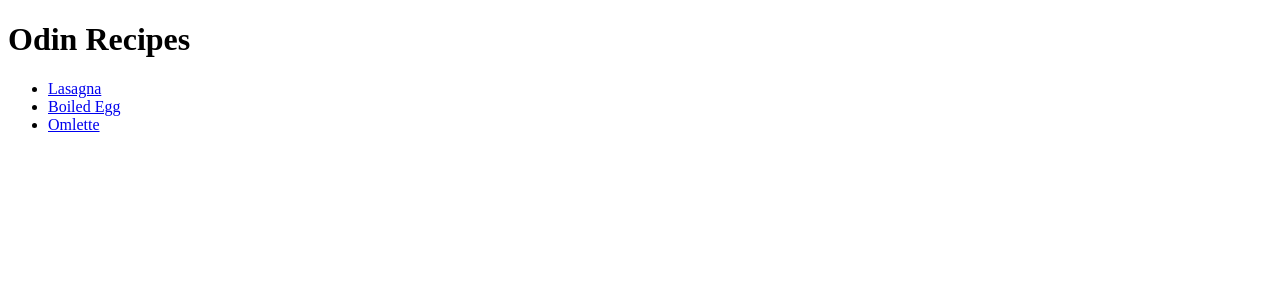
Repository: Pafestivo/odin-recipes
Page: index.html
An editor plug-in stored every save of this project. The page is shown before and after the next save, followed by the edit.
The browser window is 1280 px wide. The pictures show the whole page.

Above is the page before, as saved 2022-09-24 12:15:13.

After the next save:
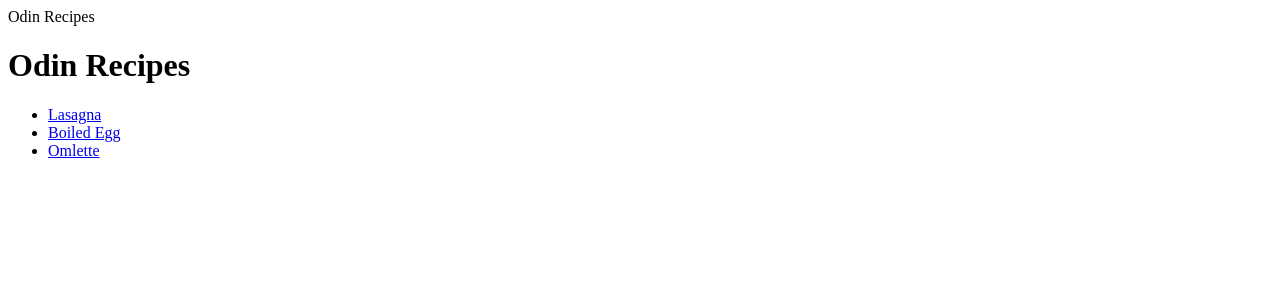
Saved 2 min 6 s later.
--- a/index.html
+++ b/index.html
@@ -3,6 +3,7 @@
 <head>
     <meta charset="UTF-8">
     <meta name="viewport" content="width=device-width, initial-scale=1.0">
+    <link rel="stylesheet" href="css/styles.css"
     <title>Odin Recipes</title>
 </head>
 <body>
